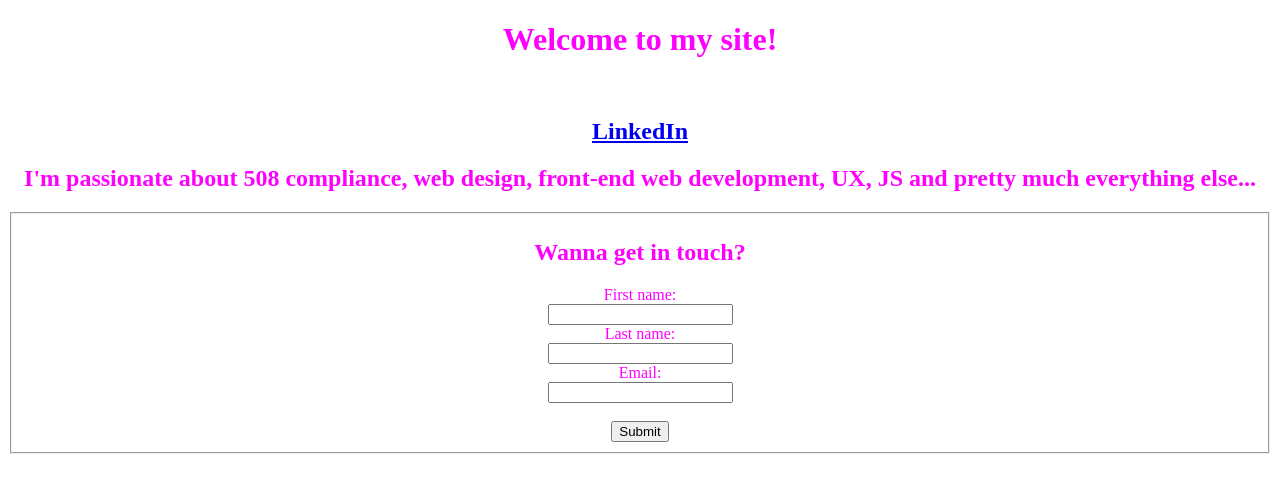
Repository: jasvr/jasvr.io
Page: index.html
These files come from the project's save history. The page is drawn as it stood at one moment and after a run of saves; the edit follows.
The browser window is 1280 px wide. The pictures show the whole page.

Above is the page before, as saved 2020-01-10 14:33:43.

### index.html
<!DOCTYPE html>
<html lang="en">
<head>
    <meta charset="UTF-8">
    <meta name="viewport" content="width=device-width, initial-scale=1.0">
    <meta http-equiv="X-UA-Compatible" content="ie=edge">
    <title>Jasmin Vargas</title>
    <link href="style.css" type="text/css" rel="stylesheet">
</head>
<body>
    <h1>Welcome to my site!</h1>
    <br>
    <h2><a href="https://www.linkedin.com/in/jasvrgs/">LinkedIn</a></h2>
    <h2>I'm passionate about 508 compliance, web design, front-end web development, UX, JS and pretty much everything else...</h2>

    <fieldset>
        <h2>Wanna get in touch?</h2>
        First name:<br>
        <input type="text" name="firstname"><br>
        Last name:<br>
        <input type="text" name="lastname"><br>
        Email:<br>
        <input type="text" name="email"><br><br>
        <input type="submit" value="Submit">
    </fieldset>
</body>
</html>

### style.css
body{
    color:magenta;
    text-align:center;
    }

    *:focus{
        outline: 0;
        box-shadow: 0 0 10px #eb0486;
        border-color: #eb0486;
    }

    a:focus{
        color: #eb0486;
        font-weight: bold;
    }

    .button:focus{
        background-color: #eb0486;

    }

After the next 4 saves:
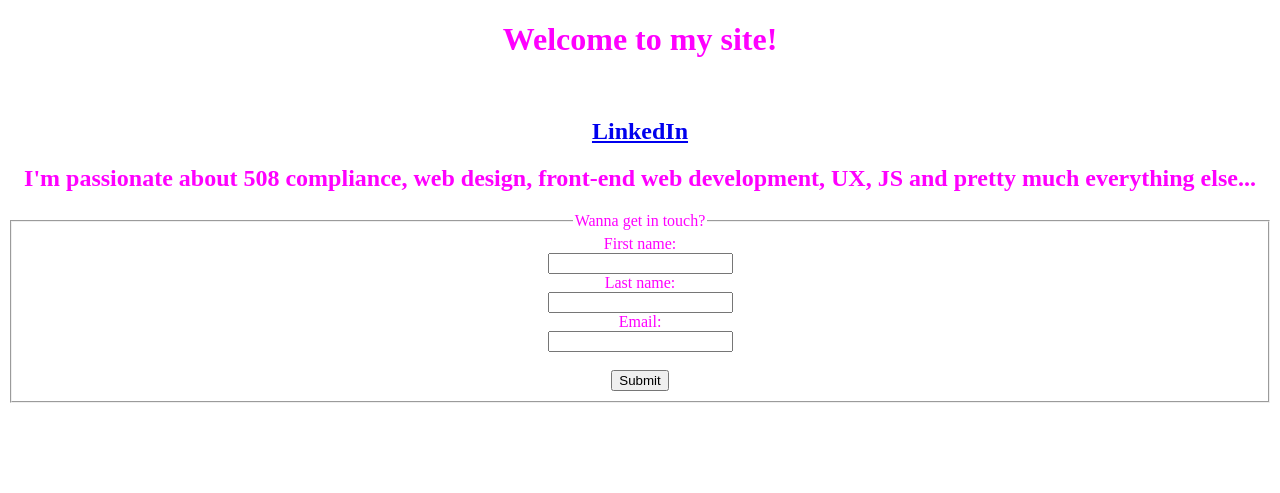
The 4 saves are shown as one change because they came seconds apart.
The last was saved 11 s later.
--- a/index.html
+++ b/index.html
@@ -14,7 +14,7 @@
     <h2>I'm passionate about 508 compliance, web design, front-end web development, UX, JS and pretty much everything else...</h2>
 
     <fieldset>
-        <h2>Wanna get in touch?</h2>
+        <legend>Wanna get in touch?</legend>
         First name:<br>
         <input type="text" name="firstname"><br>
         Last name:<br>
